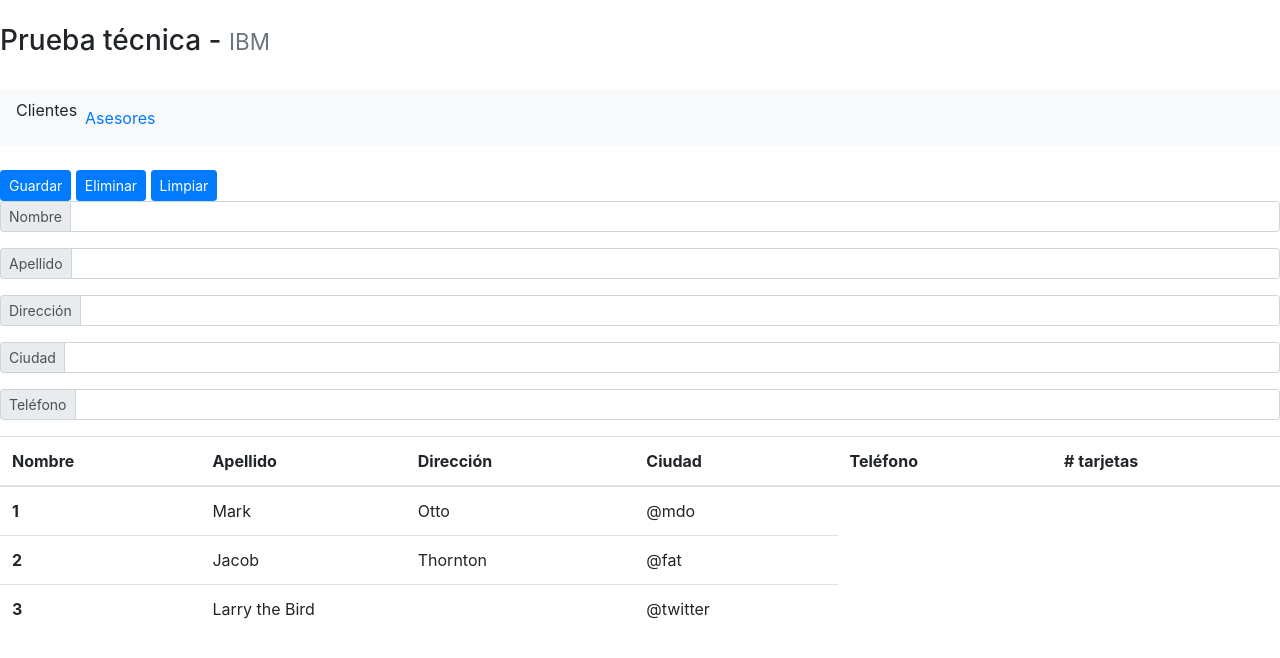
Repository: analozano16/ibm
Page: prueba_banco_war/src/main/webapp/index.html
These files come from the project's save history. The page is drawn as it stood at one moment and after the next save; the edit follows.
The browser window is 1280 px wide. The pictures show the whole page.
Some web libraries are served in a nearby version.

Above is the page before, as saved 2020-02-02 20:25:02.

### prueba_banco_war/src/main/webapp/index.html
<!DOCTYPE html>
<html ng-app="Clientes">
<head>
	<title>Prueba</title>
	<meta charset="utf-8" />
	<!-- angular -->
	<script src="https://ajax.googleapis.com/ajax/libs/angularjs/1.7.9/angular.min.js"></script>
	<!-- controlador -->
	<script type="text/javascript" src="app.js"></script>
	<!-- bootstrap -->
	<link rel="stylesheet" href="https://stackpath.bootstrapcdn.com/bootstrap/4.3.1/css/bootstrap.min.css" integrity="sha384-ggOyR0iXCbMQv3Xipma34MD+dH/1fQ784/j6cY/iJTQUOhcWr7x9JvoRxT2MZw1T" crossorigin="anonymous">

</head>
<body>
<br/>
<h3>
  Prueba técnica -
  <small class="text-muted"> IBM</small>
</h3>
<br/>
<nav class="navbar navbar-expand-sm bg-light justify-content-center">
  <ul class="navbar-nav mr-auto">
      <li class="nav-item active">Clientes</a></li>
      <li class="nav-item">
        <a class="nav-link" href="#">Asesores</a>
      </li>
  </ul>
</nav>


<br/>
<button type="button" class="btn btn-primary btn-sm">Guardar</button>
<button type="button" class="btn btn-primary btn-sm">Eliminar</button>
<button type="button" class="btn btn-primary btn-sm">Limpiar</button>

<br/>
<div class="input-group input-group-sm mb-3">
  <div class="input-group-prepend">
    <span class="input-group-text" id="inputGroup-sizing-sm">Nombre</span>
  </div>
  <input type="text" class="form-control" aria-label="Small" aria-describedby="inputGroup-sizing-sm">
</div>


<div class="input-group input-group-sm mb-3">
  <div class="input-group-prepend">
    <span class="input-group-text" id="inputGroup-sizing-sm">Apellido</span>
  </div>
  <input type="text" class="form-control" aria-label="Small" aria-describedby="inputGroup-sizing-sm">
</div>
<div class="input-group input-group-sm mb-3">
  <div class="input-group-prepend">
    <span class="input-group-text" id="inputGroup-sizing-sm">Dirección</span>
  </div>
  <input type="text" class="form-control" aria-label="Small" aria-describedby="inputGroup-sizing-sm">
</div>
<div class="input-group input-group-sm mb-3">
  <div class="input-group-prepend">
    <span class="input-group-text" id="inputGroup-sizing-sm">Ciudad</span>
  </div>
  <input type="text" class="form-control" aria-label="Small" aria-describedby="inputGroup-sizing-sm">
</div>
<div class="input-group input-group-sm mb-3">
  <div class="input-group-prepend">
    <span class="input-group-text" id="inputGroup-sizing-sm">Teléfono</span>
  </div>
  <input type="text" class="form-control" aria-label="Small" aria-describedby="inputGroup-sizing-sm">
</div>


<table class="table table-hover">
  <thead>
    <tr>
      <th scope="col">Nombre</th>
      <th scope="col">Apellido</th>
      <th scope="col">Dirección</th>
      <th scope="col">Ciudad</th>
      <th scope="col">Teléfono</th>
      <th scope="col"># tarjetas</th>
    </tr>
  </thead>
  <tbody>
    <tr>
      <th scope="row">1</th>
      <td>Mark</td>
      <td>Otto</td>
      <td>@mdo</td>
    </tr>
    <tr>
      <th scope="row">2</th>
      <td>Jacob</td>
      <td>Thornton</td>
      <td>@fat</td>
    </tr>
    <tr>
      <th scope="row">3</th>
      <td colspan="2">Larry the Bird</td>
      <td>@twitter</td>
    </tr>
  </tbody>
</table>
</body>
</html>

### prueba_banco_war/src/main/webapp/app.js
var app = angular.module("Clientes",[]);

app.controller("ClienteController", function($scope){

});

After the next save:
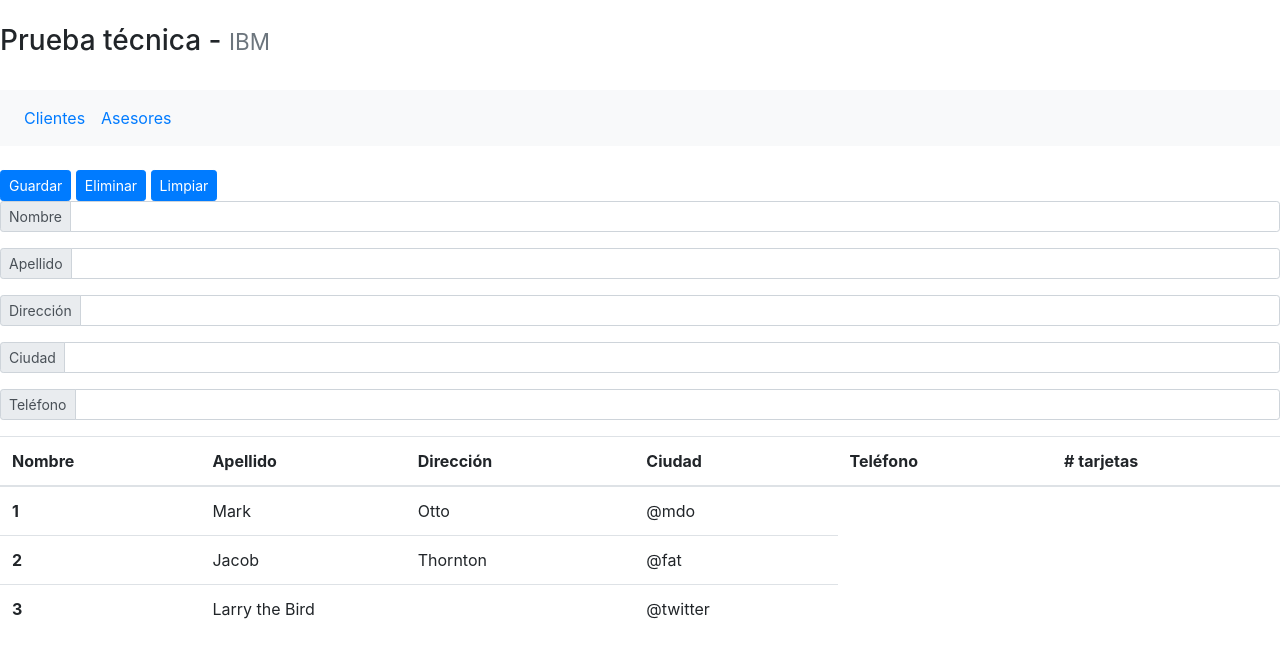
Saved 30 s later.
--- a/prueba_banco_war/src/main/webapp/index.html
+++ b/prueba_banco_war/src/main/webapp/index.html
@@ -20,7 +20,9 @@
 <br/>
 <nav class="navbar navbar-expand-sm bg-light justify-content-center">
   <ul class="navbar-nav mr-auto">
-      <li class="nav-item active">Clientes</a></li>
+      <li class="nav-item active">
+        <a class="nav-link" href="#">Clientes <span class="sr-only">(current)</span></a>
+      </li>
       <li class="nav-item">
         <a class="nav-link" href="#">Asesores</a>
       </li>
